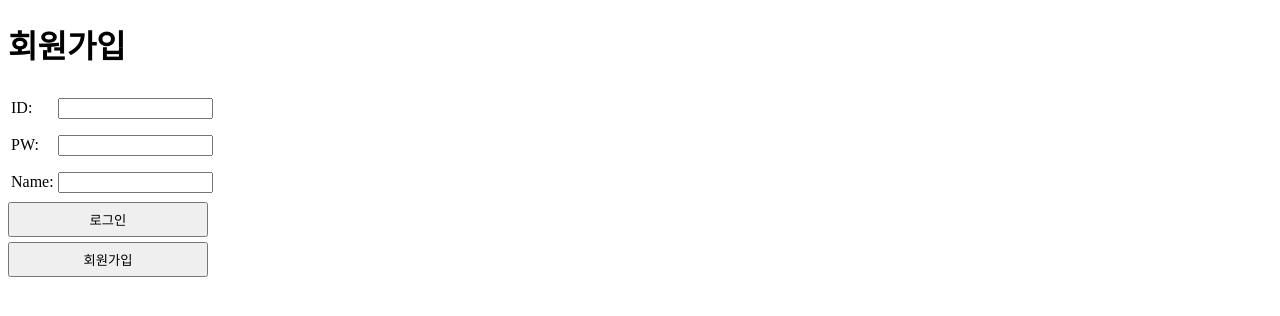
Repository: euniiee/test11
Page: http://localhost/Project/join.jsp
An editor plug-in stored every save of this project. The page is shown before and after the next save, followed by the edit.
The browser window is 1280 px wide. The pictures show the whole page.
The page is served by Tomcat 9. Other server files are loaded and not shown.

Above is the page before, as saved 2023-02-01 01:32:57.

### Project/WebContent/join.jsp
<%@ page language="java" contentType="text/html; charset=UTF-8"
    pageEncoding="UTF-8"%>
<!DOCTYPE html>
<html>
<head>
<meta charset="UTF-8">
<title>Insert title here</title>
</head>
<body>
	<form style="width:200px">
		<h1>회원가입</h1>
		<table>
			<tr style="height:35px;">
				<td>ID:</td>
				<td><input style="width:100%;"type="text" class="id" name="id"  required></td>
			</tr>
			<tr  style="height:35px;">
				<td>PW:</td>
				<td><input style="width:100%;" type="password" class="pw" name="pw" required></td>
			</tr>
				<tr  style="height:35px;">
				<td>Name:</td>
				<td><input style="width:100%;" type="text" class="name" name="name" required></td>
			</tr>
		</table>
			<input class="login" type="submit" value="로그인" style="width:100%;  height:35px; margin-bottom:5px"><br>
			<input class="join" type="submit" value="회원가입" style="width:100%; height:35px "><br>
	</form>
</body>
</html>

After the next save:
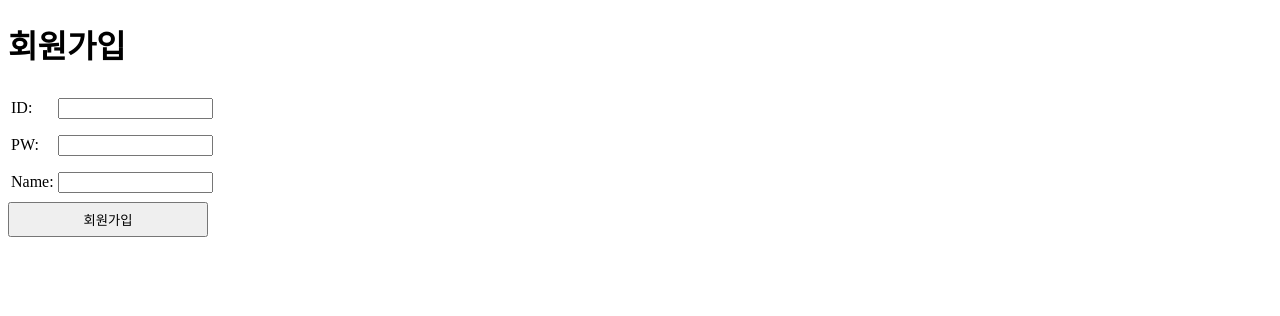
Saved 21 s later.
--- a/Project/WebContent/join.jsp
+++ b/Project/WebContent/join.jsp
@@ -23,8 +23,7 @@
 				<td><input style="width:100%;" type="text" class="name" name="name" required></td>
 			</tr>
 		</table>
-			<input class="login" type="submit" value="로그인" style="width:100%;  height:35px; margin-bottom:5px"><br>
-			<input class="join" type="submit" value="회원가입" style="width:100%; height:35px "><br>
+			<input class="finish" type="submit" value="회원가입" style="width:100%;  height:35px; margin-bottom:5px"><br>
 	</form>
 </body>
 </html>
